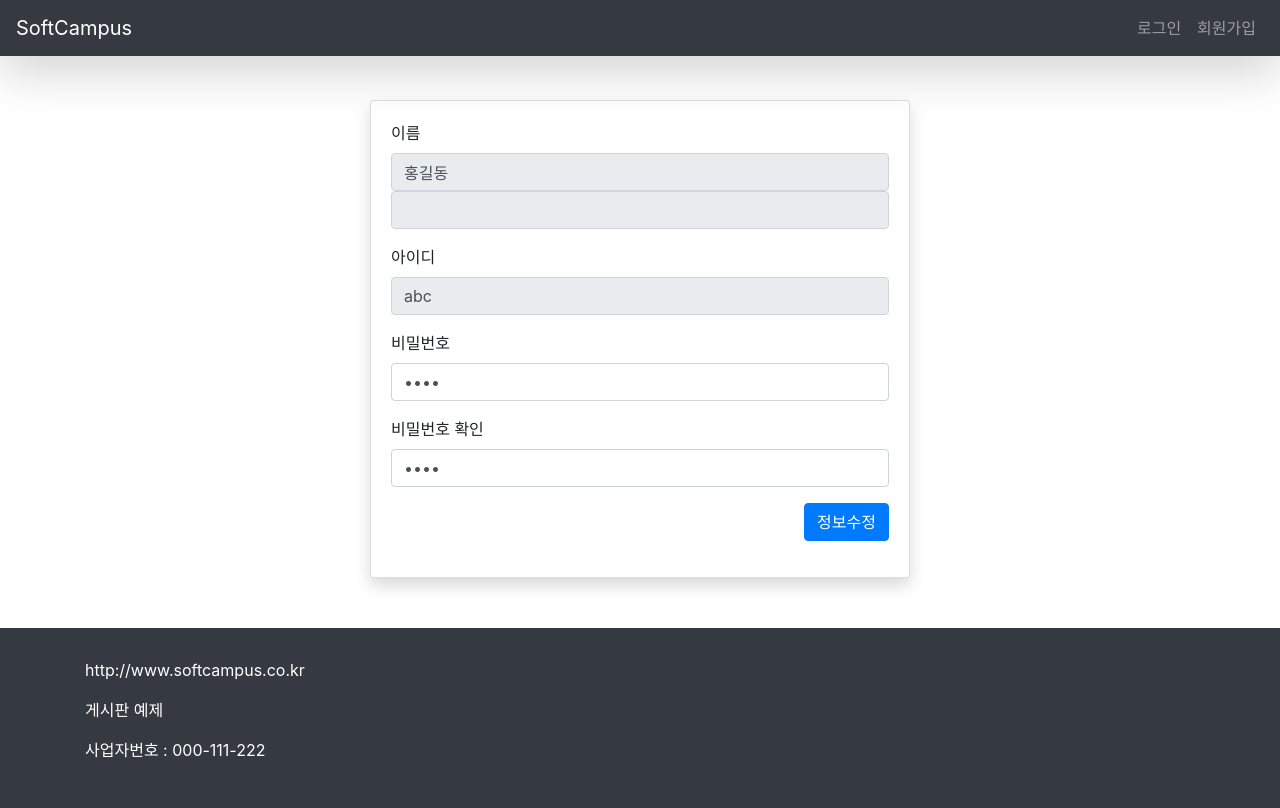
Repository: Wunhyeon/SpringMVC
Page: http://localhost/MiniProjectJava/WEB-INF/views/user/modify.jsp
These files come from the project's save history. The page is drawn as it stood at one moment and after the next save; the edit follows.
The browser window is 1280 px wide. The pictures show the whole page.
The page is served by Tomcat 9. Nobody is signed in. Other server files are loaded and not shown. The template is opened directly, without the code that normally fills it, so the values that code supplies are empty.

Above is the page before, as saved 2020-09-06 20:15:43.

### MiniProjectJava/WebContent/WEB-INF/views/user/modify.jsp
<%@ page language="java" contentType="text/html; charset=UTF-8"
    pageEncoding="UTF-8"%>
<%@taglib prefix="c" uri="http://java.sun.com/jsp/jstl/core"%>
<%@taglib prefix="form" uri="http://www.springframework.org/tags/form" %>
<%-- <c:url var="root" value="/"></c:url> --%>
<c:set var="root" value="${pageContext.request.contextPath }/"></c:set>

<!DOCTYPE html>
<html>
<head>
<meta charset="UTF-8">
<meta name="viewport" content="width=device-width, initial-scale=1">
<title>미니 프로젝트</title>
<!-- Bootstrap CDN -->
<link rel="stylesheet" href="https://maxcdn.bootstrapcdn.com/bootstrap/4.1.0/css/bootstrap.min.css">
<script src="https://ajax.googleapis.com/ajax/libs/jquery/3.3.1/jquery.min.js"></script>
<script src="https://cdnjs.cloudflare.com/ajax/libs/popper.js/1.14.0/umd/popper.min.js"></script>
<script src="https://maxcdn.bootstrapcdn.com/bootstrap/4.1.0/js/bootstrap.min.js"></script>

</head>
<body>

<!-- 상단 메뉴 부분 -->
<c:import url="/WEB-INF/views/include/top_menu.jsp"></c:import>

<div class="container" style="margin-top:100px">
	<div class="row">
		<div class="col-sm-3"></div>
		<div class="col-sm-6">
			<div class="card shadow">
				<div class="card-body">
					<form:form action="${root }user/modify_pro" method="post" modelAttribute="modifyUserBean">
						<div class="form-group">
							<form:label path="user_name">이름</form:label>
							<input type="text" id="user_name" name="user_name" class="form-control" value="홍길동" disabled="disabled"/>
							<form:input path="user_name" class="form-control" disabled="true"/>
							<form:errors path="user_name"></form:errors>
						</div>
						<div class="form-group">
							<label for="user_id">아이디</label>
							<input type="text" id="user_id" name="user_id" class="form-control" value="abc" disabled="disabled"/>
						</div>
						<div class="form-group">
							<label for="user_pw">비밀번호</label>
							<input type="password" id="user_pw" name="user_pw" class="form-control" value="1234"/>
						</div>
						<div class="form-group">
							<label for="user_pw2">비밀번호 확인</label>
							<input type="password" id="user_pw2" name="user_pw2" class="form-control" value="1234"/>
						</div>
						<div class="form-group">
							<div class="text-right">
								<button type="submit" class="btn btn-primary">정보수정</button>
							</div>
						</div>

					</form:form>
				</div>
			</div>
		</div>
		<div class="col-sm-3"></div>
	</div>
</div>

<c:import url="/WEB-INF/views/include/bottom_info.jsp"></c:import>

</body>
</html>

### MiniProjectJava/WebContent/WEB-INF/views/include/top_menu.jsp
<%@ page language="java" contentType="text/html; charset=UTF-8"
	pageEncoding="UTF-8"%>
<%@ taglib prefix="c" uri="http://java.sun.com/jsp/jstl/core"%>
<%-- <c:url var='root' value='/'></c:url> --%>
<c:set var="root" value="${pageContext.request.contextPath }/"></c:set>

<!-- 상단 메뉴 부분 -->
<nav
	class="navbar navbar-expand-md bg-dark navbar-dark fixed-top shadow-lg">
	<a class="navbar-brand" href="${root }main">SoftCampus</a>
	<button class="navbar-toggler" type="button" data-toggle="collapse"
		data-target="#navMenu">
		<span class="navbar-toggler-icon"></span>
	</button>
	<div class="collapse navbar-collapse" id="navMenu">
		<ul class="navbar-nav">
			<c:forEach var="obj" items="${topMenuList }">
				<a href="${root }board/main?board_info_idx=${obj.board_info_idx}"
					class="nav-link">${obj.board_info_name }</a>
			</c:forEach>


		</ul>

		<ul class="navbar-nav ml-auto">
			<c:choose>
				<c:when test="${loginUserBean.userLogin == true }">
					<li class="nav-item"><a href="${root }user/modify"
						class="nav-link">정보수정</a></li>
					<li class="nav-item"><a href="${root }user/logout"
						class="nav-link">로그아웃</a></li>
				</c:when>
				<c:otherwise>
					<li class="nav-item"><a href="${root }user/login"
						class="nav-link">로그인</a></li>
					<li class="nav-item"><a href="${root }user/join"
						class="nav-link">회원가입</a></li>
				</c:otherwise>
			</c:choose>


		</ul>
	</div>
</nav>

### MiniProjectJava/WebContent/WEB-INF/views/include/bottom_info.jsp
<%@ page language="java" contentType="text/html; charset=UTF-8"
    pageEncoding="UTF-8"%>
<div class="container-fluid bg-dark text-white" style="margin-top:50px;padding-top:30px;padding-bottom:30px">
	<div class="container">
		<p>http://www.softcampus.co.kr</p>
		<p>게시판 예제</p>
		<p>사업자번호 : 000-111-222</p>
	</div>
</div>

After the next save:
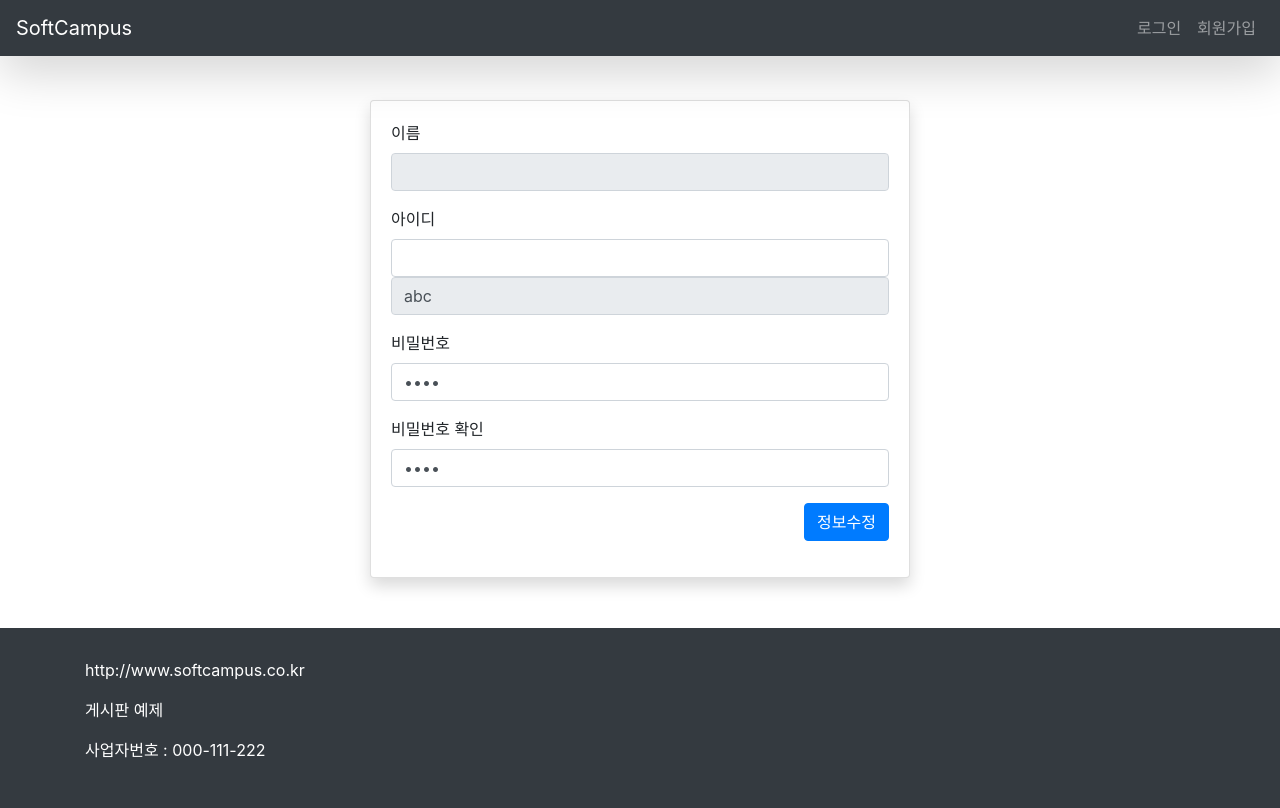
Saved 63 s later.
--- a/MiniProjectJava/WebContent/WEB-INF/views/user/modify.jsp
+++ b/MiniProjectJava/WebContent/WEB-INF/views/user/modify.jsp
@@ -32,12 +32,12 @@
 					<form:form action="${root }user/modify_pro" method="post" modelAttribute="modifyUserBean">
 						<div class="form-group">
 							<form:label path="user_name">이름</form:label>
-							<input type="text" id="user_name" name="user_name" class="form-control" value="홍길동" disabled="disabled"/>
 							<form:input path="user_name" class="form-control" disabled="true"/>
 							<form:errors path="user_name"></form:errors>
 						</div>
 						<div class="form-group">
-							<label for="user_id">아이디</label>
+							<form:label path="user_id">아이디</form:label>
+							<form:input path="user_id" class="form-control" disable="true"/>
 							<input type="text" id="user_id" name="user_id" class="form-control" value="abc" disabled="disabled"/>
 						</div>
 						<div class="form-group">
